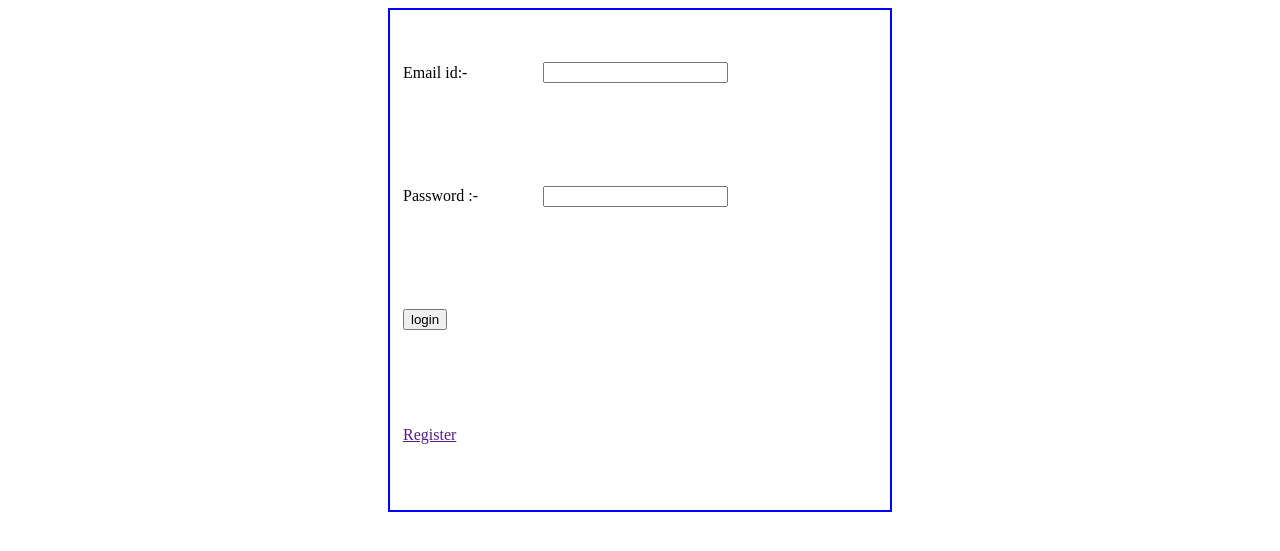
Repository: ShivrajMPujari/ServletApplication
Page: http://localhost/LoginReg/
These files come from the project's save history. The page is drawn as it stood at one moment and after the next save; the edit follows.
The browser window is 1280 px wide. The pictures show the whole page.
The page is served by Tomcat 9.

Above is the page before, as saved 2018-07-09 05:34:48.

After the next save:
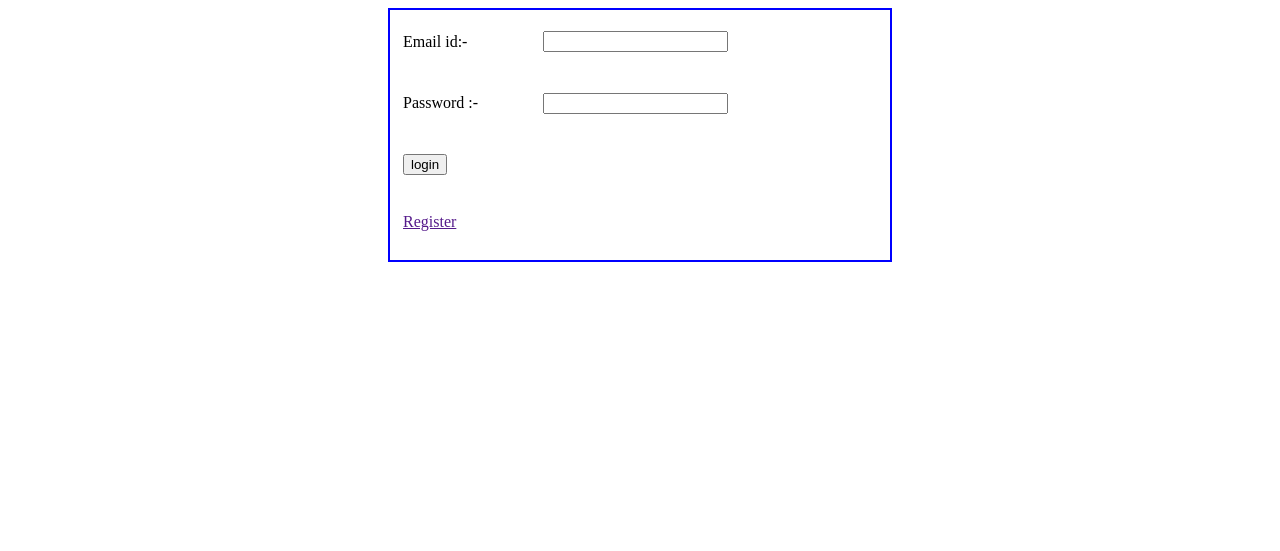
Saved 50 s later.
--- a/LoginReg/WebContent/index.css
+++ b/LoginReg/WebContent/index.css
@@ -1,14 +1,14 @@
 @CHARSET "UTF-8";
 
 .tableDiv{
-	height:500px;
+	height:250px;
 	width:500px;
 	margin:auto;
 	border:2px solid blue;
 }
 .loginTabel{
 
-	height:480px;
+	height:240px;
 	width:480px;
 	margin:auto;
 
